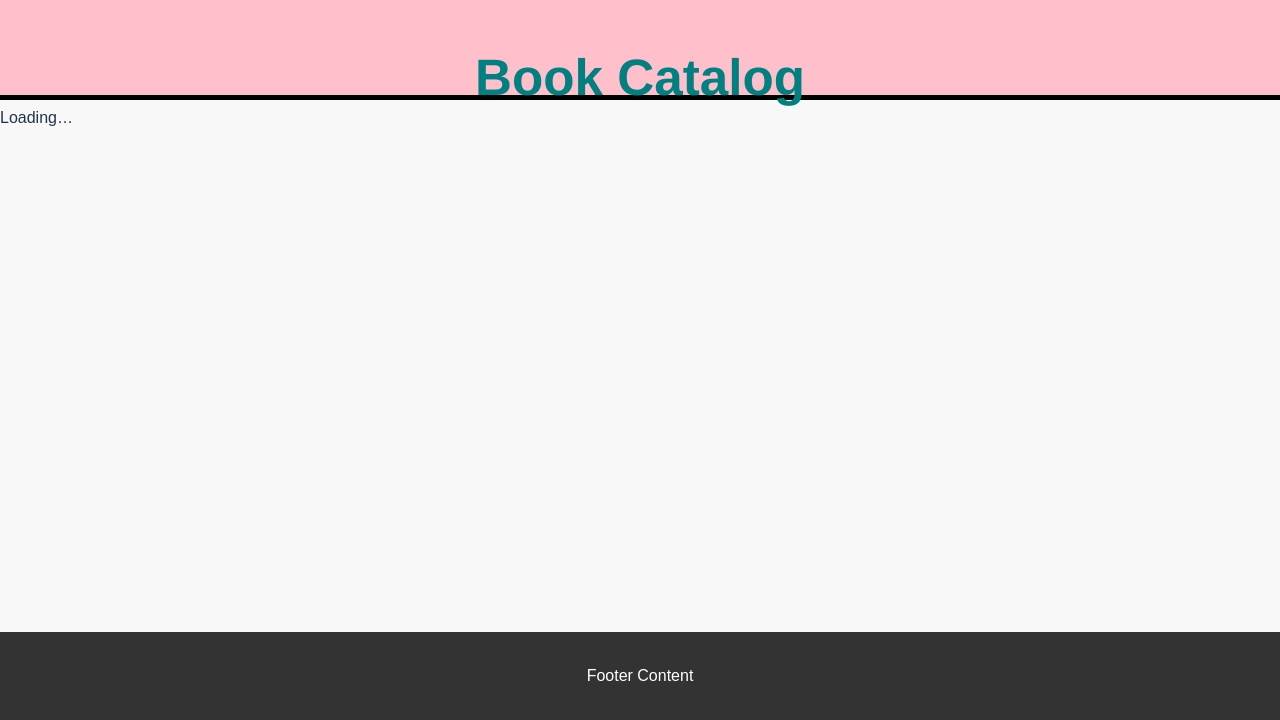
Repository: primcharlin/COMP3170_Lab_Assignment_Components
Page: /
The author's editor kept a copy of each file at every save. The page is drawn from the files as they stood at one save, then again after the next save.
The browser window is 1280 px wide. The pictures show the whole page.
The page's requests for data from a server got no answer. The project was rebuilt for these pictures with package versions that can differ from the ones it lists, and the page was loaded fresh each time. No one was signed in, and anything a server would have sent is missing. Also part of the build but not shown: vite.config.js.

Above is the page before, as saved 2025-09-12 03:10:08.

### index.html
<!DOCTYPE html>
<html lang="en">
    <head>
        <meta charset="UTF-8" />
        <link
            rel="icon"
            type="image/svg+xml"
            href="/vite.svg" />
        <meta
            name="viewport"
            content="width=device-width, initial-scale=1.0" />
        <title>Book Catalog</title>
    </head>
    <body>
        <div id="root"></div>
        <script
            type="module"
            src="/src/main.jsx"></script>
    </body>
</html>

### src/App.jsx
// import { useState } from "react";
// import "./App.css";

// function App() {
//     const [count, setCount] = useState(0);
//     return (
//         <>
//             <div class='app-header'>
//                 <h1>Book Catalog</h1>
//             </div>

// <div class="content">
//       <div class="btn-plus">::after</div>
//       <div class="book">
//         <div class="image">
//           <img src="https://itbook.store/img/books/9781912047420.png" alt="Book Cover" />
//         </div>
//       </div>
// </div>

// <div class="footer">
//     <p>Footer Content</p>
// </div>

//         </>
//     );
// }

// export default App;

import { useEffect, useState } from "react";
import "./App.css";

export default function App() {
    const [books, setBooks] = useState([]);

    useEffect(() => {
        async function fetchBooks() {
            try {
                const res = await fetch(
                    "https://api.itbook.store/1.0/search/react"
                );
                const json = await res.json();
                setBooks(json.books.slice(0, 2)); // เอาแค่ 2 เล่ม
            } catch (e) {
                console.error(e);
            }
        }
        fetchBooks();
    }, []);

    return (
        <div className='app'>
            <header className='app-header'>
                <h1>Book Catalog</h1>
            </header>

            <div className='content'>
                {books.length === 0 ? (
                    <p>Loading…</p>
                ) : (
                    <div className='grid'>
                        {books.map((b, index) => (
                            <div
                                key={b.isbn13}
                                className={`book ${
                                    index === 0 ? "featured" : "normal"
                                }`}>
                                <div className='image'>
                                    <img
                                        src={b.image}
                                        alt={b.title}
                                    />
                                </div>
                                <div className='meta'>
                                    <h3 className='title'>{b.title}</h3>
                                    {b.subtitle && (
                                        <p className='subtitle'>{b.subtitle}</p>
                                    )}
                                    <p className='price'>{b.price}</p>
                                </div>
                            </div>
                        ))}
                    </div>
                )}
            </div>

            <footer className='footer'>
                <p>Footer Content</p>
            </footer>
        </div>
    );
}

### src/App.css
/* * {
    box-sizing: border-box;
}

div {
    display: block;
    unicode-bidi: isolate;
}

.app-header {
    position: fixed;
    top: 0;
    left: 0;
    width: 100vw;
    z-index: 1000;
    padding: 1em;
    color: teal;
    background: pink;
    border-bottom: 5px solid black;
    box-sizing: border-box;
    text-align: center;
    font-family: Helvetica, sans-serif;
}

h1 {
    display: block;
    font-size: 2em;
    margin-block-start: 0.67em;
    margin-block-end: 0.67em;
    margin-inline-start: 0px;
    margin-inline-end: 0px;
    font-weight: bold;
    unicode-bidi: isolate;
}

.book .image img {
    width: 100%;
}

img {
    overflow-clip-margin: content-box;
    overflow: clip;
} */

/* Layout basics */
/* App.css */

.app {
    font-family: Arial, sans-serif;
    background: #f8f8f8;
    min-height: 100vh;
    display: flex;
    flex-direction: column;
}

.app-header {
    position: fixed;
    top: 0;
    left: 0;
    width: 100vw;
    height: 100px;
    z-index: 1000;
    padding: 1em;
    color: teal;
    background: pink;
    border-bottom: 5px solid black;
    box-sizing: border-box;
    text-align: center;
    font-family: Helvetica, sans-serif;
}

.content {
    width: 100vw;
    flex: 1;
    display: grid;
    grid-template-columns: 1fr 1fr;
    gap: 2rem;
    padding-top: 90px; /* Adjust to match header height */
    padding-left: 0;
    padding-right: 0;
    padding-bottom: 2em;
    box-sizing: border-box;
}

.grid {
    display: grid;
    grid-template-columns: 1fr 1fr; /* 2 คอลัมน์เต็มหน้าจอ */
    gap: 2rem;
    width: 100%;
}

.book {
    background: white;
    border-radius: 10px;
    overflow: hidden;
    box-shadow: 0 4px 10px rgba(0, 0, 0, 0.1);
    display: flex;
    flex-direction: column;
    transition: transform 0.2s ease;

    position: relative;
    width: 200px;
    height: 300px;
    padding: 0.4rem;
    border: 1px solid #3a4660;
}
.book:hover {
    transform: translateY(-4px);
}

/* Featured book = layout สองคอลัมน์ (รูปใหญ่ + รายละเอียด) */
.book.featured {
    display: grid;
    grid-template-columns: 1fr 2fr;
    align-items: center;
    padding: 1rem;
}

.book.featured .image img {
    width: 100%;
    height: auto;
    border-radius: 6px;
}

.book.normal .image img {
    width: 100%;
    height: auto;
    object-fit: cover;
}

.meta {
    padding: 1rem;
}

.title {
    margin: 0 0 0.5rem;
    font-size: 1.4rem;
    font-weight: bold;
    color: #222;
}

.subtitle {
    font-size: 1rem;
    color: #555;
    margin-bottom: 0.5rem;
}

.price {
    font-weight: bold;
    color: #008000;
}

.footer {
    background: #333;
    color: white;
    text-align: center;
    padding: 1rem;
}

Loaded but not shown: src/main.jsx (common file); src/index.css (common file)

After the next save:
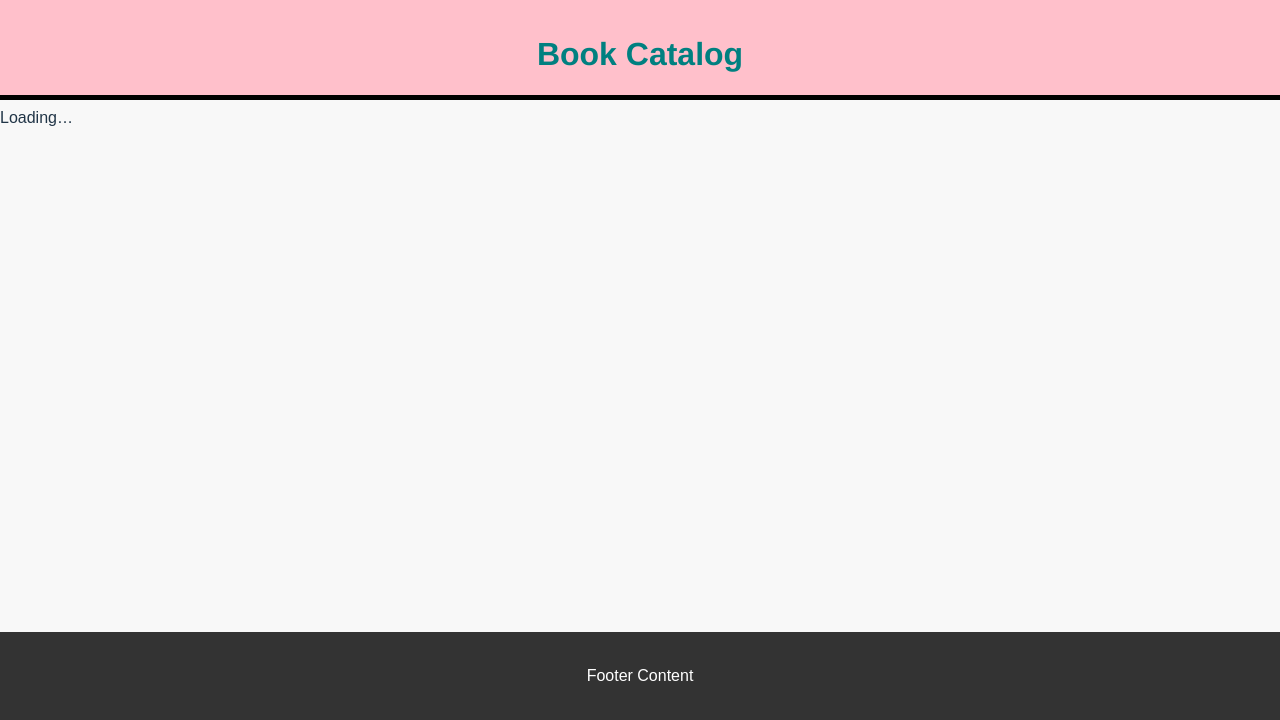
Saved 34 s later.
--- a/src/App.css
+++ b/src/App.css
@@ -67,6 +67,17 @@ img {
     box-sizing: border-box;
     text-align: center;
     font-family: Helvetica, sans-serif;
+}
+
+h1 {
+    display: block;
+    font-size: 2em;
+    margin-block-start: 0.67em;
+    margin-block-end: 0.67em;
+    margin-inline-start: 0px;
+    margin-inline-end: 0px;
+    font-weight: bold;
+    unicode-bidi: isolate;
 }
 
 .content {
